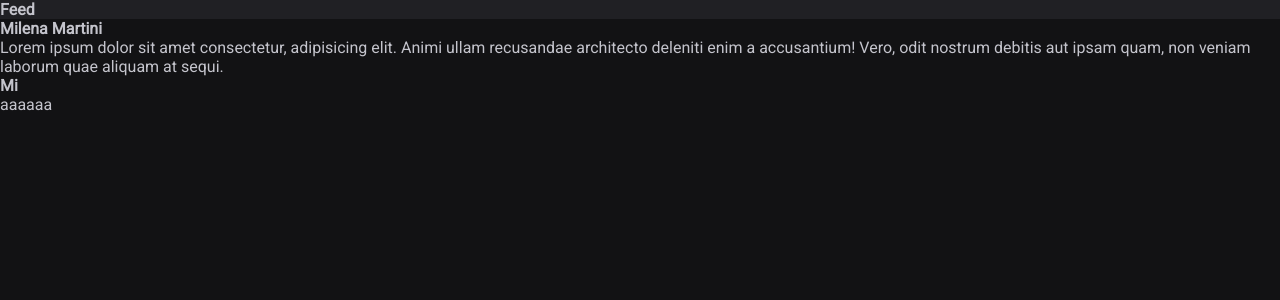
Repository: MilenaMartini/IgniteRckReactJs
Page: /
These files come from the project's save history. The page is drawn as it stood at one moment and after a run of saves; the edit follows.
The browser window is 1280 px wide. The pictures show the whole page.
The project was rebuilt for these pictures with package versions that can differ from the ones it lists, and the page was loaded fresh each time. Also part of the build but not shown: vite.config.js.

Above is the page before, as saved 2023-04-14 16:04:18.

After the next 9 saves:
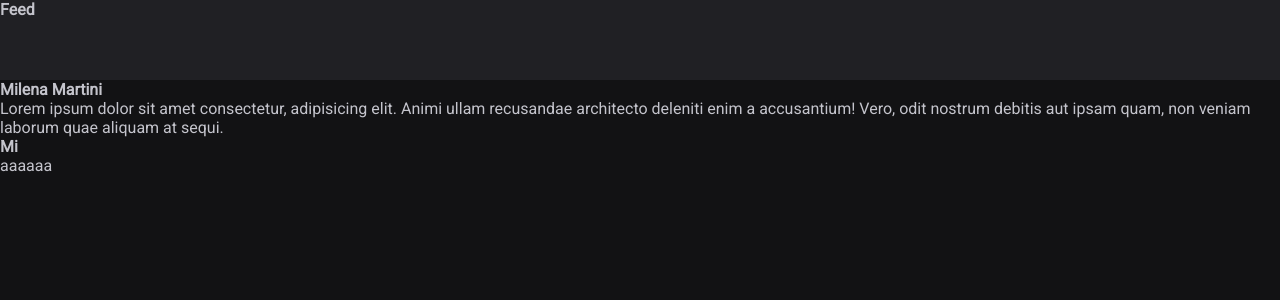
The 9 saves are shown as one change because they came seconds apart.
The last was saved 21 s later.
--- a/src/components/Header.module.css
+++ b/src/components/Header.module.css
@@ -1,5 +1,6 @@
 .header{
     background: var(--gray-800);
-    display
+    display: flex;
+    justify-content: : center;
     height: 80px;
 }
